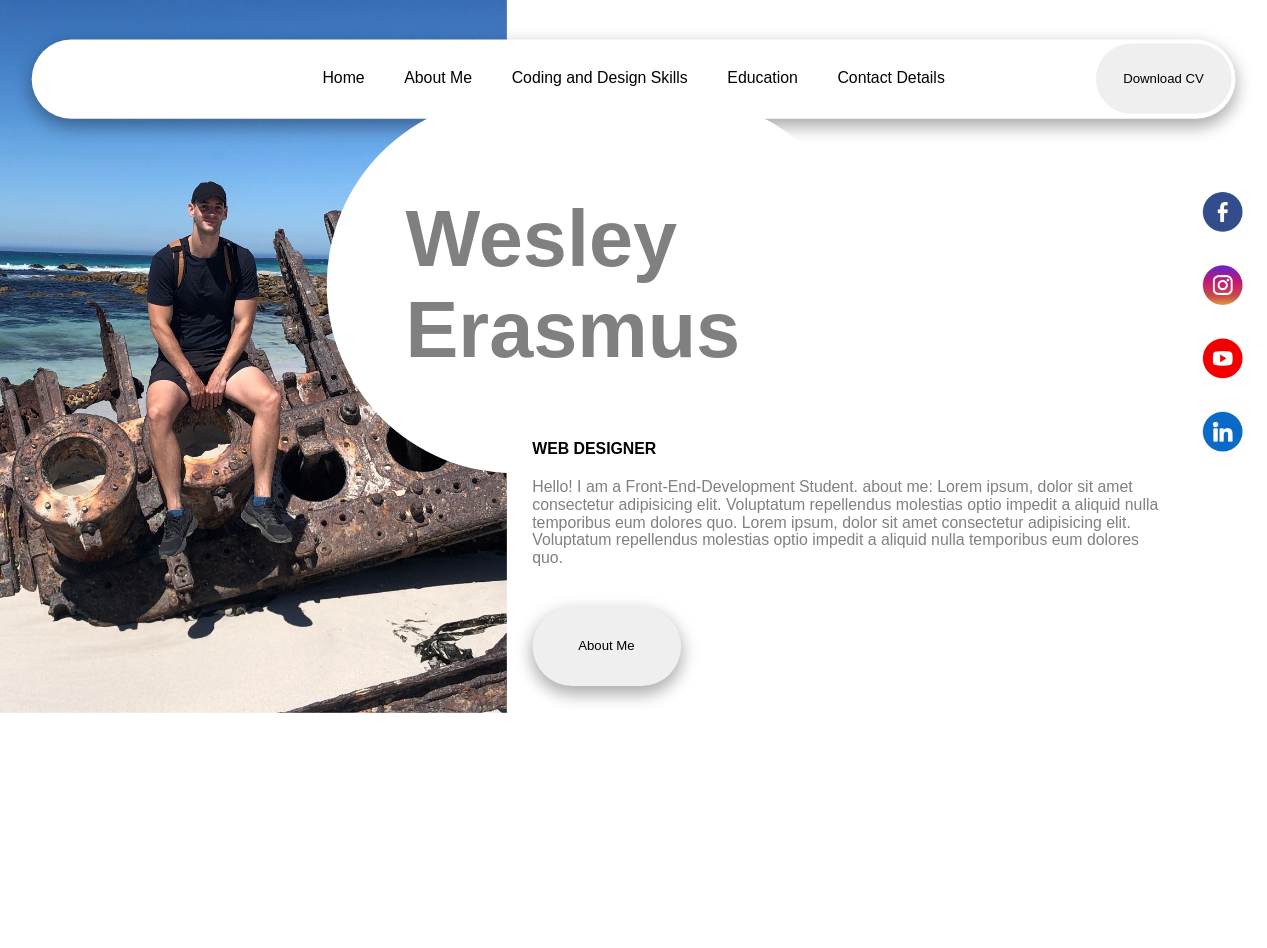
Repository: WesleyErasmus/MyDigitalResume-4
Page: index.html
These files come from the project's save history. The page is drawn as it stood at one moment and after the next save; the edit follows.
The browser window is 1280 px wide. The pictures show the whole page, at 99% of full size.

Above is the page before, as saved 2022-02-20 19:13:05.

After the next save:
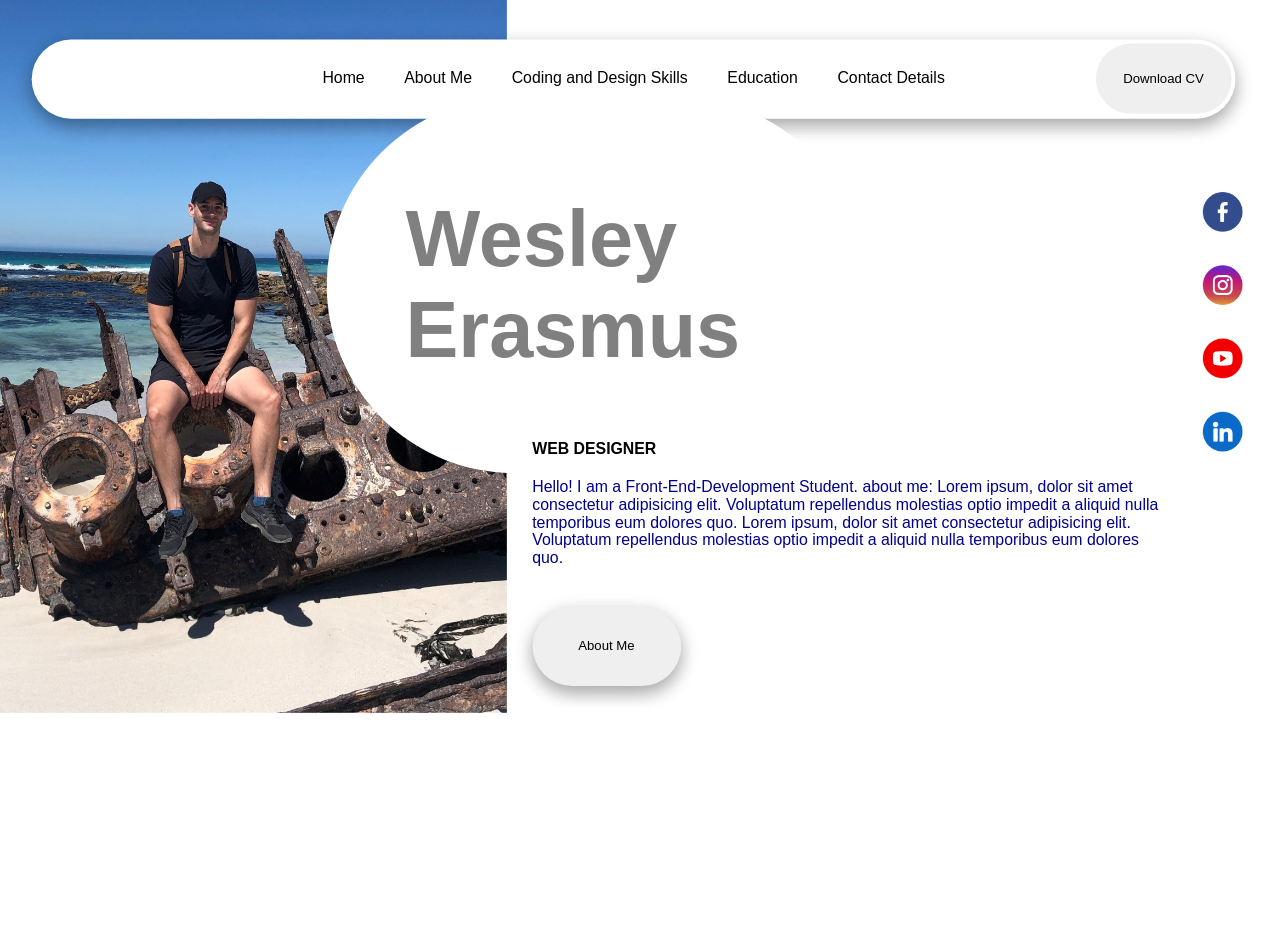
Saved 14 s later.
--- a/stylesheet.css
+++ b/stylesheet.css
@@ -111,7 +111,7 @@ h4#title {
     margin-bottom: 20px;
 }
 .about-me p {
-    color: grey;
+    color: darkblue;
 }
 button.next-page {
     margin-top: 40px;
